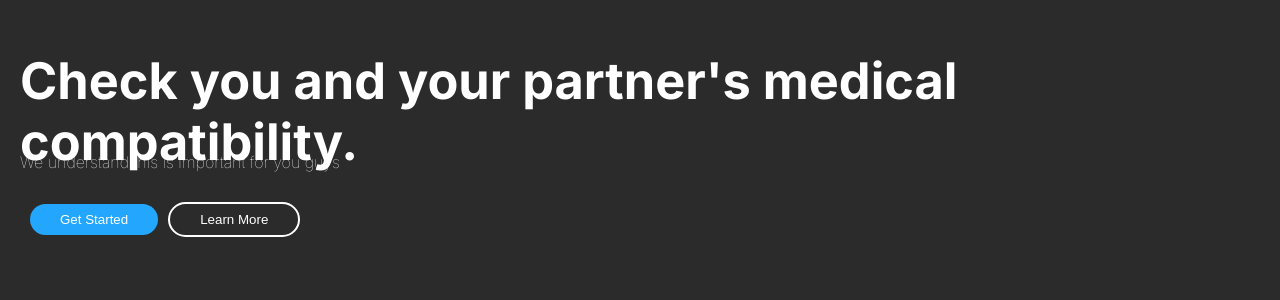
Repository: devhabeeblateef/tictactoe
Page: /
These files come from the project's save history. The page is drawn as it stood at one moment and after the next save; the edit follows.
The browser window is 1280 px wide. The pictures show the whole page.
The project was rebuilt for these pictures with package versions that can differ from the ones it lists, and the page was loaded fresh each time. Also part of the build but not shown: src/App.css.

Above is the page before, as saved 2022-06-17 00:40:08.

After the next save:
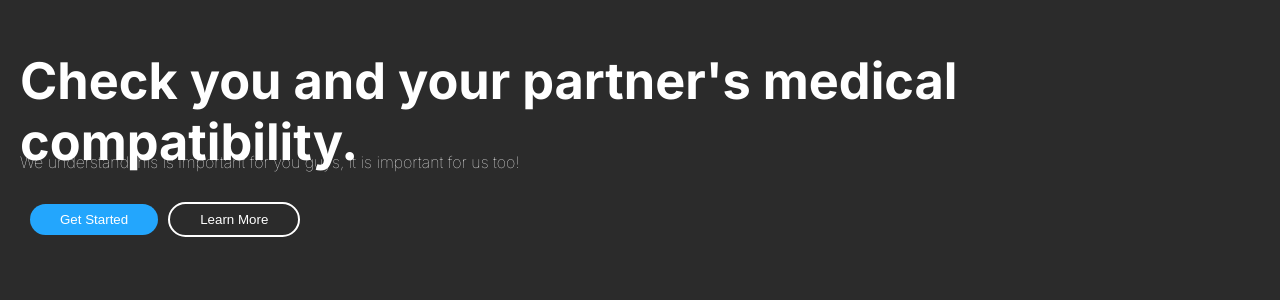
Saved 19 s later.
--- a/src/Home.js
+++ b/src/Home.js
@@ -8,7 +8,8 @@ function Home() {
         Check you and your partner's medical compatibility.
     </h1>
     <p className={classes.home__info}>
-        We understand this is important for you guys
+        We understand this is important for you guys, it
+        is important for us too!
     </p>
     <div className={classes.button}>
         <button className={classes.button__one}><a href="index2.html">Get Started</a></button>
